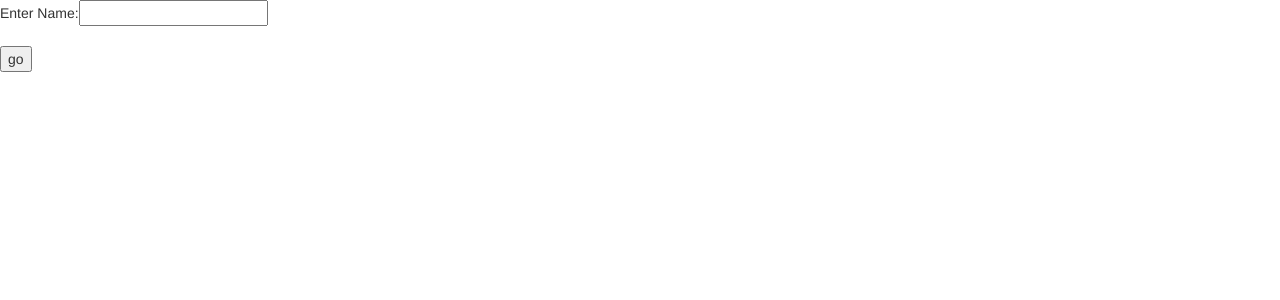
Repository: AravindMarshall/ShoppingCart
Page: http://localhost/Phineas/test1.jsp
An editor plug-in stored every save of this project. The page is shown before and after the next save, followed by the edit.
The browser window is 1280 px wide. The pictures show the whole page.
The page is served by Tomcat 9.

Above is the page before, as saved 2016-06-13 07:35:57.

After the next save:
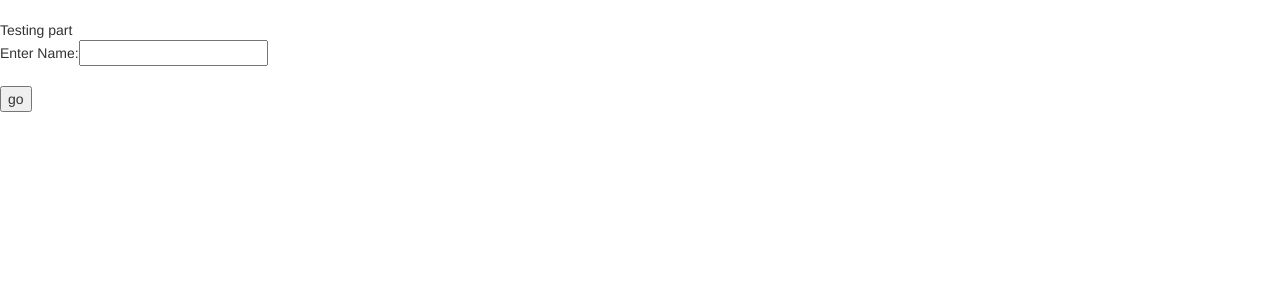
Saved 60 s later.
--- a/NIIT Shopping Cart/Phineas/WebContent/test1.jsp
+++ b/NIIT Shopping Cart/Phineas/WebContent/test1.jsp
@@ -10,25 +10,13 @@
   <link rel="stylesheet" href="http://maxcdn.bootstrapcdn.com/bootstrap/3.3.6/css/bootstrap.min.css">
   <script src="https://ajax.googleapis.com/ajax/libs/jquery/1.12.2/jquery.min.js"></script>
   <script src="http://maxcdn.bootstrapcdn.com/bootstrap/3.3.6/js/bootstrap.min.js"></script>
-  <style>
-  .carousel-inner > .item > img,
-  .carousel-inner > .item > a > img {
-      width: 70%;
-      margin: auto;
-  }
 
-  body {
-      position: relative;
-  }
-  #home {padding-top:50px;height:500px;color: #fff; background-color: #1E88E5;}
-  #section2 {padding-top:50px;height:500px;color: #fff; background-color: #673ab7;}
-  #section3 {padding-top:50px;height:500px;color: #fff; background-color: #ff9800;}
-  #section41 {padding-top:50px;height:500px;color: #fff; background-color: #00bcd4;}
-  #section42 {padding-top:50px;height:500px;color: #fff; background-color: #009688;}
-  </style>
 </head>
 <body>
+<br>
 
+Testing part
+<br>
 
 <form action="process.jsp">
 Enter Name:<input type="text" name="name" /><br/><br/>
